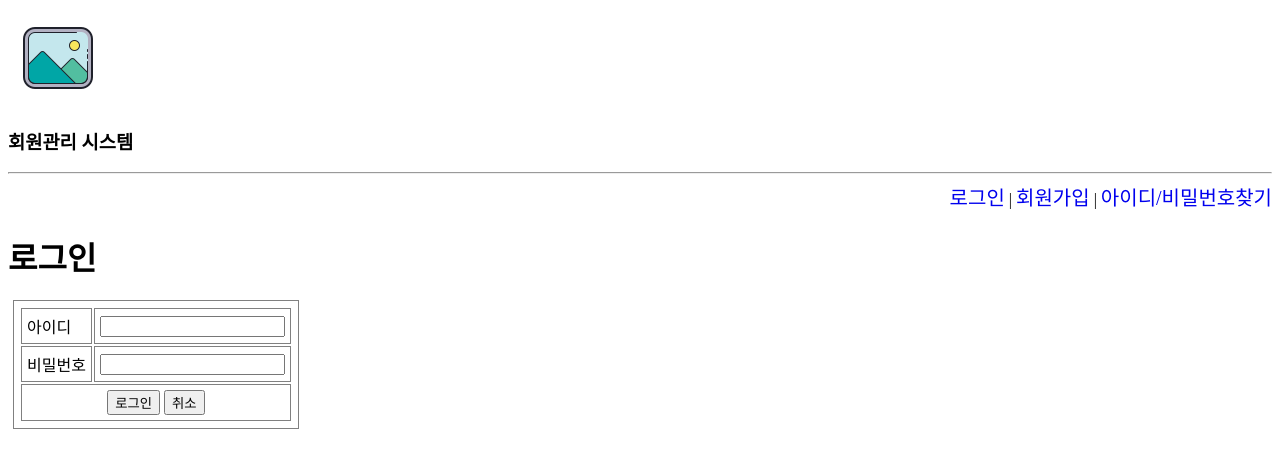
Repository: jelly02/workspace_web
Page: 04.css_basic/src/main/webapp/login.html
These files come from the project's save history. The page is drawn as it stood at one moment and after the next save; the edit follows.
The browser window is 1280 px wide. The pictures show the whole page.

Above is the page before, as saved 2021-06-28 02:21:11.

### 04.css_basic/src/main/webapp/login.html
<!--  문서타입 선언문 : html4 -->

<!DOCTYPE html PUBLIC "-//W3C//DTD HTML 4.01 Transitional//EN" "http://www.w3.org/TR/html4/loose.dtd">
<html lang = "ko">
	<head>
	<meta http-equiv="Content-Type" content="text/html; charset=UTF-8">

		<title>로그인 | MMS </title>

		<!-- CSS internal -->
		<style type="text/css">
			table, tr, td, th { border : solid 1px gray; margin:5px; padding:5px;}
			div.top_menu  { text-align: right; }
			div.top_menu a { text-decoration: none; font-size: 20px; }
		</style>

	</head>

	<body>

		<a href="index.html"><img src = "img/icon.png"></a>

	<h3>회원관리 시스템</h3>
		<hr>

		<div class="top_menu">
			<a href="login.html">로그인</a> <span class="seperator"> | </span>
			<a href="joinMember.html">회원가입</a> <span class="seperator"> | </span>
			<a href="findMember.html">아이디/비밀번호찾기</a>
		</div>

		<h1>로그인</h1>

			<table class="form_table">
					<form action = "result.html" method = "post">

						<!-- 아이디 -->

						<tr>
							<td>아이디</td>
							<td><input type = "text" name="memberId"></td>
						</tr>

						<tr>
							<td>비밀번호</td>
							<td><input type = "password" name="memberPw"></td>
						</tr>

						<tr>
							<td colspan="2" align="center">
								<input type = "submit" value = "로그인" >
								<input type = "reset" value = "취소">
							</td>
						</tr>
					</form>
			</table>



	</body>

</html>

After the next save:
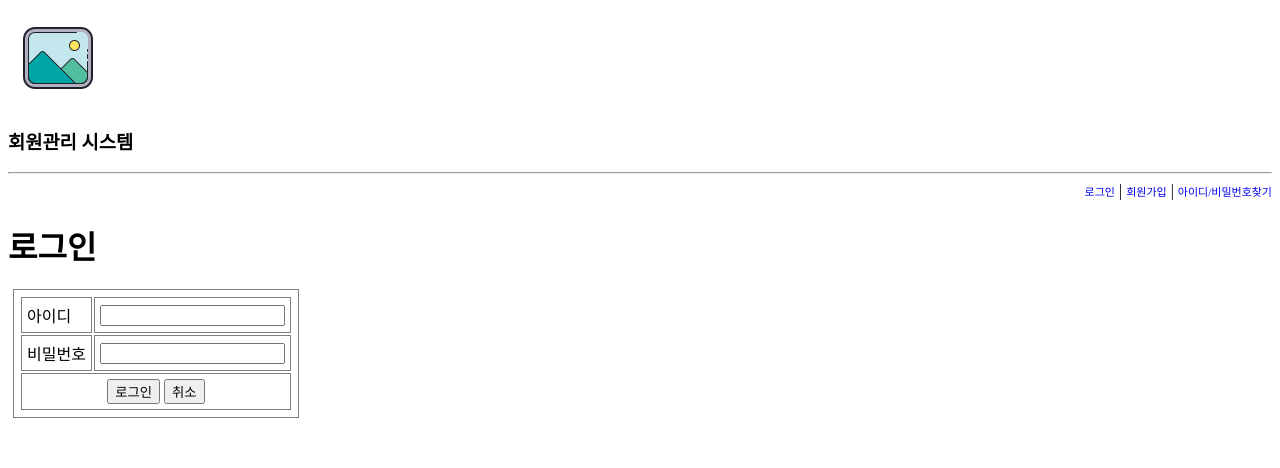
Saved 2 s later.
--- a/04.css_basic/src/main/webapp/login.html
+++ b/04.css_basic/src/main/webapp/login.html
@@ -11,7 +11,7 @@
 		<style type="text/css">
 			table, tr, td, th { border : solid 1px gray; margin:5px; padding:5px;}
 			div.top_menu  { text-align: right; }
-			div.top_menu a { text-decoration: none; font-size: 20px; }
+			div.top_menu a { text-decoration: none; font-size: 11px; }
 		</style>
 
 	</head>
